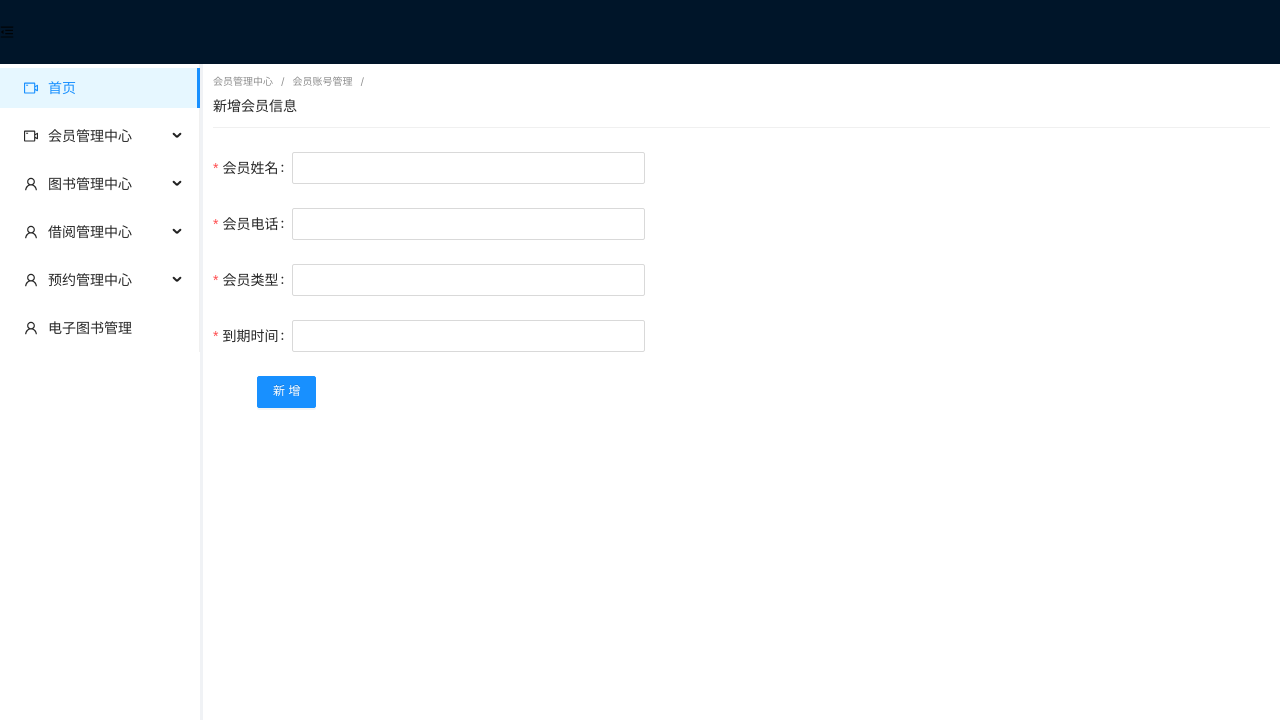
Repository: font-ds/cssy-manage
Page: /vipmanage/vipmanage1/add
An editor plug-in stored every save of this project. The page is shown before and after a run of saves, followed by the edit.
The browser window is 1280 px wide. The pictures show the whole page.
The project was rebuilt for these pictures with package versions that can differ from the ones it lists, and the page was loaded fresh each time. Some packages were replaced by stand-ins written for this rebuild. Also part of the build but not shown: src/pages/auth/vipManage/coupon/index.tsx, src/utils/use-optimistic-options.tsx, src/utils/util.tsx, src/utils/http.tsx, src/pages/auth/vipManage/manage/util.tsx, src/pages/auth/vipManage/manage/index.tsx, src/pages/auth/vipManage/manage/detail/components/util.tsx, src/pages/auth/vipManage/manage/detail/components/appointTable.tsx and 6 more. Imported but missing from the stored project, and not drawn on this page: src/pages/auth/index/index, src/reportWebVitals, src/store/test.

Above is the page before, as saved 2022-09-14 18:18:03.

After the next 4 saves:
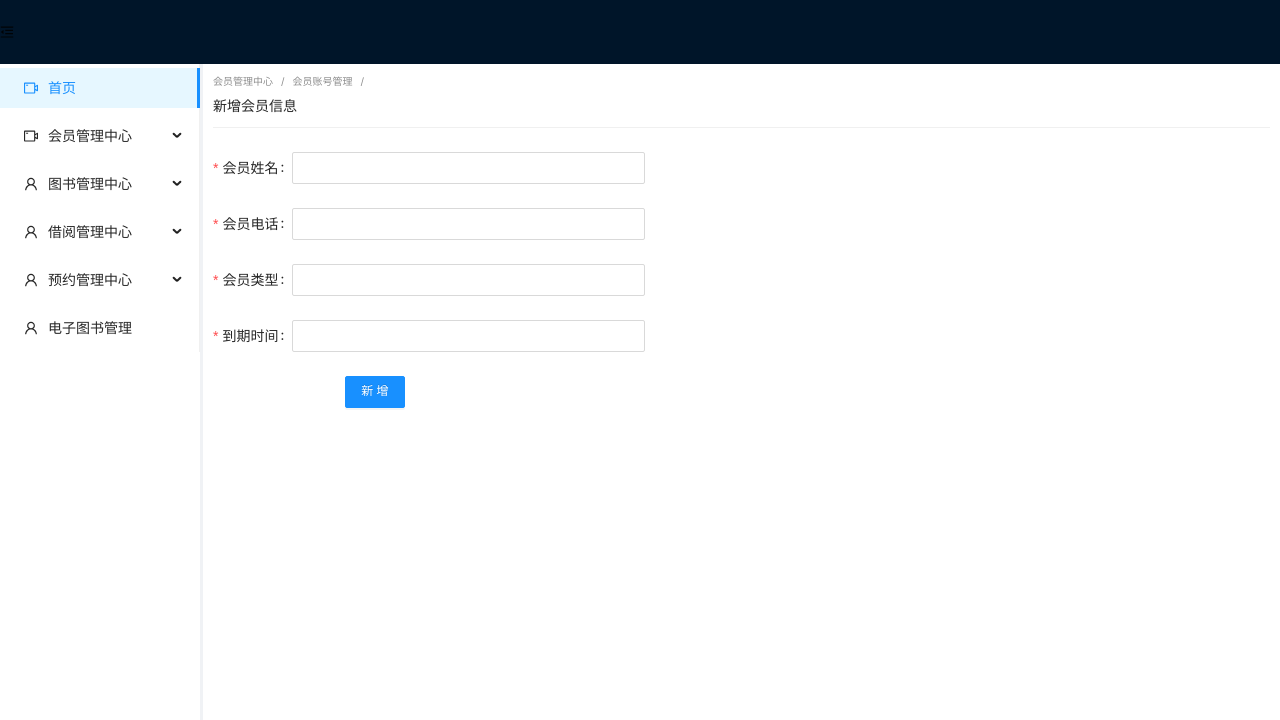
The 4 saves are shown as one change because they came seconds apart.
The last was saved 11 s later.
--- a/src/pages/auth/vipManage/manage/add/index.tsx
+++ b/src/pages/auth/vipManage/manage/add/index.tsx
@@ -50,7 +50,7 @@ export default function Index() {
                   <Input />
                 </Form.Item>
 
-                <Form.Item wrapperCol={{offset:1}}>
+                <Form.Item wrapperCol={{offset:3}}>
                     <Button type="primary" htmlType="submit">
                       新增
                     </Button>
